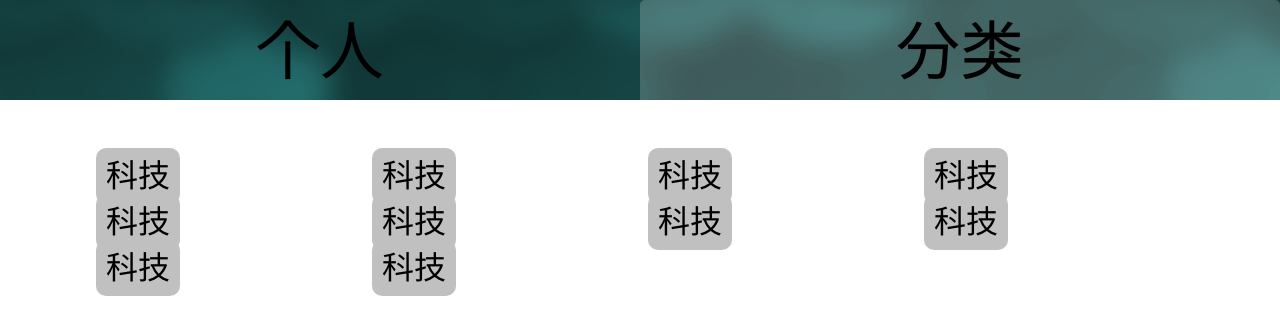
Repository: aoandxie/AoNews
Page: AoNews/WebContent/classify.html
These files come from the project's save history. The page is drawn as it stood at one moment and after the next save; the edit follows.
The browser window is 1280 px wide. The pictures show the whole page.

Above is the page before, as saved 2017-03-05 16:08:47.

After the next save:
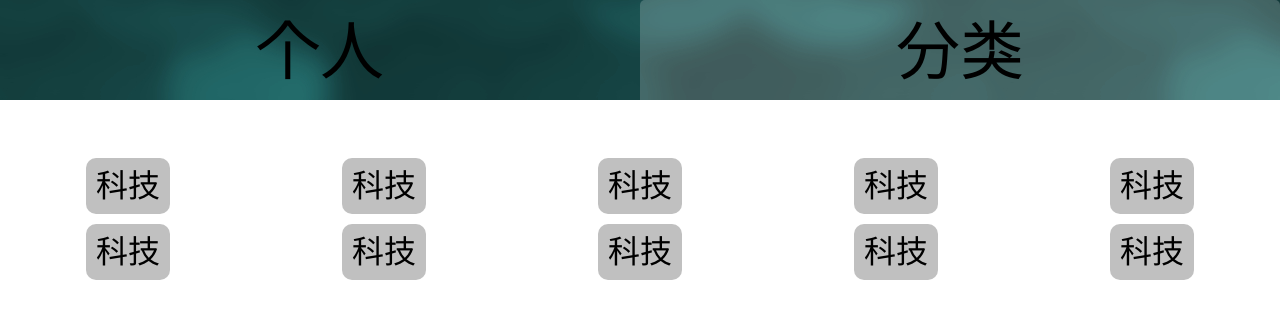
Saved 10 s later.
--- a/AoNews/WebContent/common_style.css
+++ b/AoNews/WebContent/common_style.css
@@ -121,7 +121,7 @@ a{
 	display: block;
 	float: left;
 	width: 20%;
-	margin: 0 10px;
+	margin: 10px 0;
 }
 
 .ClassBox a{
